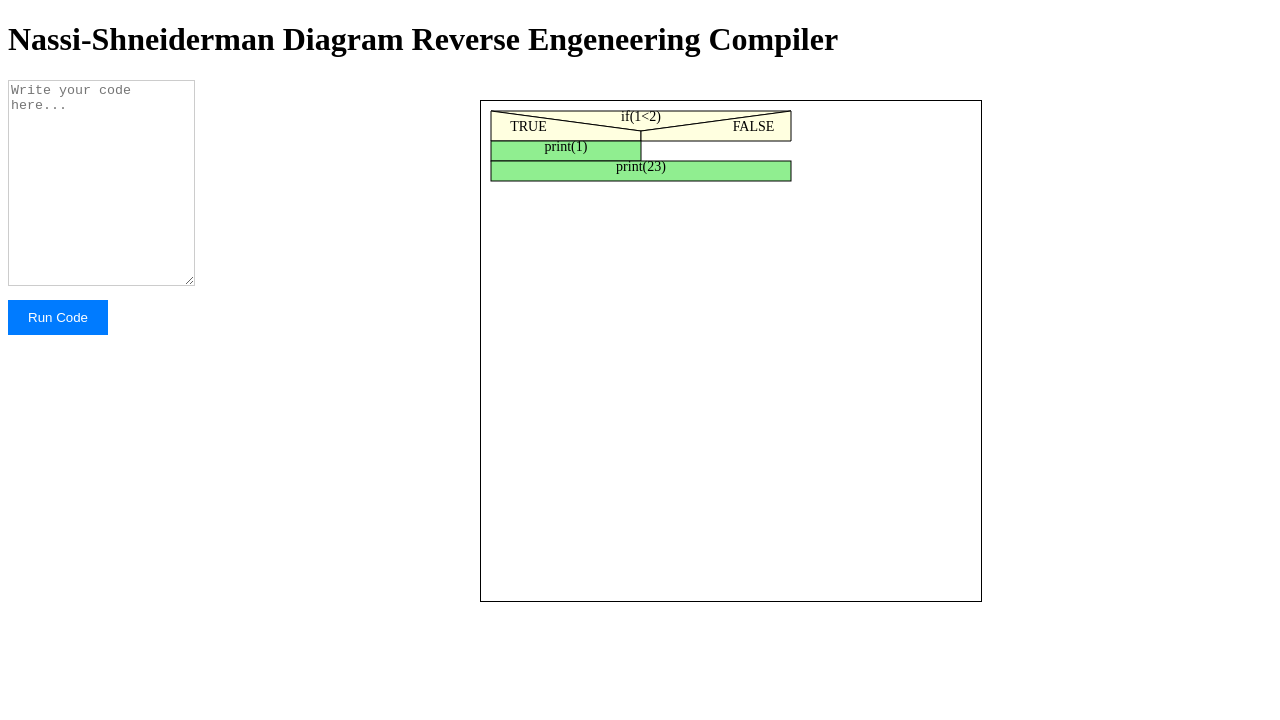
Repository: fabsch225/Nassi-Shneiderman-Compiler
Page: demo.html
These files come from the project's save history. The page is drawn as it stood at one moment and after the next save; the edit follows.
The browser window is 1280 px wide. The pictures show the whole page.

Above is the page before, as saved 2024-05-15 23:47:42.

### demo.html
<!DOCTYPE html>
<html lang="en">
<head>
<meta charset="UTF-8">
<meta name="viewport" content="width=device-width, initial-scale=1.0">
<title>Nassi-Shneiderman Diagram Sequence</title>
<script src="src/nassi_svg_api.js"></script>
<script src="src/compiler.js"></script>
<script src="src/converter.js"></script>
<style>
    svg {
        border: 1px solid black;
        margin: 20px auto;
        width: 500px;
        height: 500px;
    }
    #code-block {
        width: 100%;
        height: 200px;
        border: 1px solid #ccc;
        margin-bottom: 10px;
        resize: vertical;
    }

    #code-button {
        padding: 10px 20px;
        background-color: #007bff;
        color: #fff;
        border: none;
        cursor: pointer;
    }
    #container {
        display: flex;
        vertical-align: top; /* Align elements from the top */
    }
</style>
</head>
<body>
<h1>Nassi-Shneiderman Diagram Reverse Engeneering Compiler</h1>
<div id="container">
<div>
<textarea id="code-block" placeholder="Write your code here..."></textarea><br>
<button id="code-button" onclick="runCode()">Run Code</button>
</div>
<svg id="canvas" ></svg>
</div>
<script>
    var svgContainer = document.getElementById('canvas');


    //Manual creation of a Nassi-Shneiderman diagram
    /*svgContainer.innerHTML += createSequenceBlock(10, 10, 300, 50, "Start").svgAppendix;
    var block = createDecisionBlock(10, 60, 300, 100, "Was ist Schwerer", "1 Kg Federn", "1 Kg Gold");
    svgContainer.innerHTML += block.svgAppendix;
    var bounds1 = block.children[0];
    var bounds2 = block.children[1];
    var option1 = createSequenceBlock(bounds1.start_x, bounds1.start_y, bounds1.width, bounds1.height, "Das ist richtig");
    var option2 = createSequenceBlock(bounds2.start_x, bounds2.start_y, bounds2.width, bounds2.height, "Das ist richtig");
    svgContainer.innerHTML += option1.svgAppendix;
    svgContainer.innerHTML += option2.svgAppendix;*/

    // Example usage:
    const code = `
        if (1 < 2) {
            print(1)
        }
        print(23)
    `;
    var svg = convert(10, 10, 300, 50, lex_front(code));
    svgContainer.innerHTML += svg;
</script>
</body>
</html>

### src/nassi_svg_api.js
function createStartEndBlock(x, y, width, height) {
    var h = 20;
    var svgAppendix =  `<rect x="${x}" y="${y}" width="${width}" height="${h}" stroke="black" fill="lightblue" />
        <text x="${x + width / 2}" y="${y + height / 2}" font-size="14px" fill="black" text-anchor="middle">Start</text>`;
    svgAppendix +=  `<rect x="${x}" y="${y + height - h}" width="${width}" height="${h}" stroke="black" fill="lightblue" />
        <text x="${x + width / 2}" y="${y + height / 2}" font-size="14px" fill="black" text-anchor="middle">End</text>`;
    var child = {start_x: x, start_y: y + h, width: width, height: height - 2 * h};

    return {svgAppendix: svgAppendix, children: [child]};
}

function createSequenceBlock(x, y, width, height, content) {
    svgAppendix = `<rect x="${x}" y="${y}" width="${width}" height="${height}" stroke="black" fill="lightgreen" />
        <text x="${x + width / 2}" y="${y + height / 2}" font-size="14px" fill="black" text-anchor="middle">${content}</text>`;
    return {svgAppendix: svgAppendix, children: []};
}

function createDecisionBlock(x, y, width, height, question, answerA, answerB) {
    var h = 20;
    var h_extra = h / 2;
    svgAppendix = `<polygon points="${x},${y} ${x + width},${y} ${x + width / 2},${y + h}" stroke="black" fill="lightyellow" />
        <polygon points="${x},${y} ${x},${y + h + h_extra} ${x + width / 2},${y + h + h_extra} ${x + width / 2},${y + h}" stroke="black" fill="lightyellow" />
        <polygon points="${x + width},${y} ${x + width},${y + h + h_extra} ${x + width / 2},${y + h + h_extra} ${x + width / 2},${y + h}" stroke="black" fill="lightyellow" />
        <text x="${x + width / 2}" y="${y + h / 2}" font-size="14px" fill="black" text-anchor="middle">${question}</text>
        <text x="${x + 7 * width / 8}" y="${y + h}" font-size="14px" fill="black" text-anchor="middle">${answerB}</text>
        <text x="${x + width / 8}" y="${y + h}" font-size="14px" fill="black" text-anchor="middle">${answerA}</text>`;

    childA = {start_x: x, start_y: y + h + h_extra, width: width / 2, height: height - h - h_extra};
    childB = {start_x: x + width / 2, start_y: y + h + h_extra, width: width / 2, height: height - h - h_extra};

    return {svgAppendix: svgAppendix, children: [childA, childB]};
}

// TODO: function createSwitchCaseBlock
// more...

### src/compiler.js
const tokens = ['if']
const branchers = ['{', '}']
const brackets = ['(', ')']

//
// 0: function call
// 1: ifs
// 2: ifs and else

function is_token(s) {
    return tokens.includes(s)
}

function is_token_prefix(s) { //maybe not the correct def of prefix
    if (is_token(s)) {
        return false
    }
    for (let i = 0; i < tokens.length; i++) {
        if (tokens[i].startsWith(s)) {
            return true
        }
    }
    return false
}

function get_arguments(s, i) {
    if (s[i] !== brackets[0]) {
        console.log(s[i])
        throw new Error('Expected (')
    }
    let arguments = ''
    let next_char = ''
    i += 1
    while (next_char !== brackets[1]) {
        arguments += s[i]
        i++
        next_char = s[i]
    }
    return {args: arguments, index: i + 1}
}

function lex_front(s) {
    return lex_back(s.replace(/\s/g, ''));
}

function lex_back(s) {
    console.log("Compiling: " + s)
    let i = 0
    let current_token = ''
    let tokens = []
    while (i < s.length) {
        while (is_token_prefix(current_token)) {
            current_token += s[i]
            i++
        }
        if (is_token(current_token)) {
            if (current_token === 'if') {
                var type = 1
                var branches = []
                var arguments = []

                var current_arguments = get_arguments(s, i)
                i = current_arguments.index

                console.log(current_arguments.args)

                if (s[i] !== branchers[0]) {
                    console.log(s[i])
                    throw new Error('Expected {')
                }
                i += 1
                var branch = ''
                var next_char = ''
                while (next_char !== branchers[1]) {
                    if (i > s.length) {
                        throw new Error('Expected }')
                    }
                    branch += s[i]
                    i++
                    next_char = s[i]
                }
                i += 1
                branches.push(lex_back(branch))
                arguments.push(current_arguments.args)

                while (s.substring(i, i + 6) === 'elseif') {
                    i += 6
                    var current_arguments = get_arguments(s, i)
                    i = current_arguments.index
                    if (s[i] !== branchers[0]) {
                        throw new Error('Expected {')
                    }
                    i += 1
                    var branch = ''
                    var next_char = ''
                    while (next_char !== branchers[1]) {
                        if (i > s.length) {
                            throw new Error('Expected }')
                        }
                        branch += s[i]
                        i++
                        next_char = s[i]
                    }
                    i += 1

                    branches.push(lex_back(branch))
                    arguments.push(current_arguments.args)
                }
                if (s.substring(i, i + 4) === 'else') {
                    type = 2
                    i += 4
                    i += 1
                    var branch = ''
                    var next_char = ''
                    while (next_char !== branchers[1]) {
                        if (i > s.length) {
                            throw new Error('Expected }')
                        }
                        branch += s[i]
                        i++
                        next_char = s[i]
                    }
                    i += 1
                    branches.push(lex_back(branch))
                }

                tokens.push({
                    type: type,
                    name: current_token,
                    arguments: arguments,
                    branches: branches
                })
            }
        }
        else {
            while (s[i] != brackets[0]) {
                if (i > s.length) {
                    throw new Error('Expected (')
                }
                current_token += s[i]
                i++
            }
            var current_arguments = get_arguments(s, i)
            i = current_arguments.index
            tokens.push({
                type: 0,
                name: current_token,
                arguments: [current_arguments.args],
                branches: []
            })
        }
        current_token = ''
    }
    return tokens
}

### src/converter.js
function convert(x, y, width, height, tree) {
    console.log("Converting ", tree)
    let svgAppendix = ''
    //let h = height / tree.length
    let current_y = y
    for (let block of tree) {
        let h = getHeight(block)
        if (block.type == 0) { // sequential statement - function call
            svgAppendix += createSequenceBlock(x, current_y, width, h, block.name + '(' + block.arguments[0] + ')').svgAppendix
            current_y += h
        }
        else if (block.type == 1) { //ifs
            if (block.branches.length != 1) {
                throw new Error('Expected 1 branches, Nassi-Shneiderman diagrams only support single IF or one IF-ELSE statement')
            }
            var sub_block = createDecisionBlock(x, current_y, width, h, block.name + '(' + block.arguments[0] + ')', "TRUE", "FALSE");
            svgAppendix += sub_block.svgAppendix;
            var bounds1 = sub_block.children[0];
            svgAppendix += convert(bounds1.start_x, bounds1.start_y, bounds1.width, bounds1.height, block.branches[0]);
            current_y += h
        }
        else if (block.type == 2) { //ifs and else

        }
    }
    return svgAppendix
}

function getHeight(block) {
    const base_h = 20;
    if (block.type == 0) {
        return base_h
    }
    else {
        var heights = []
        console.log(block)
        for (let branch of block.branches) {
            let current_heigth = 0
            for (let sub_block of branch) {
                current_heigth += getHeight(sub_block)
            }
            heights.push(current_heigth)
        }
        return base_h * 3 / 2 + Math.max(...heights)
    }
}

After the next save:
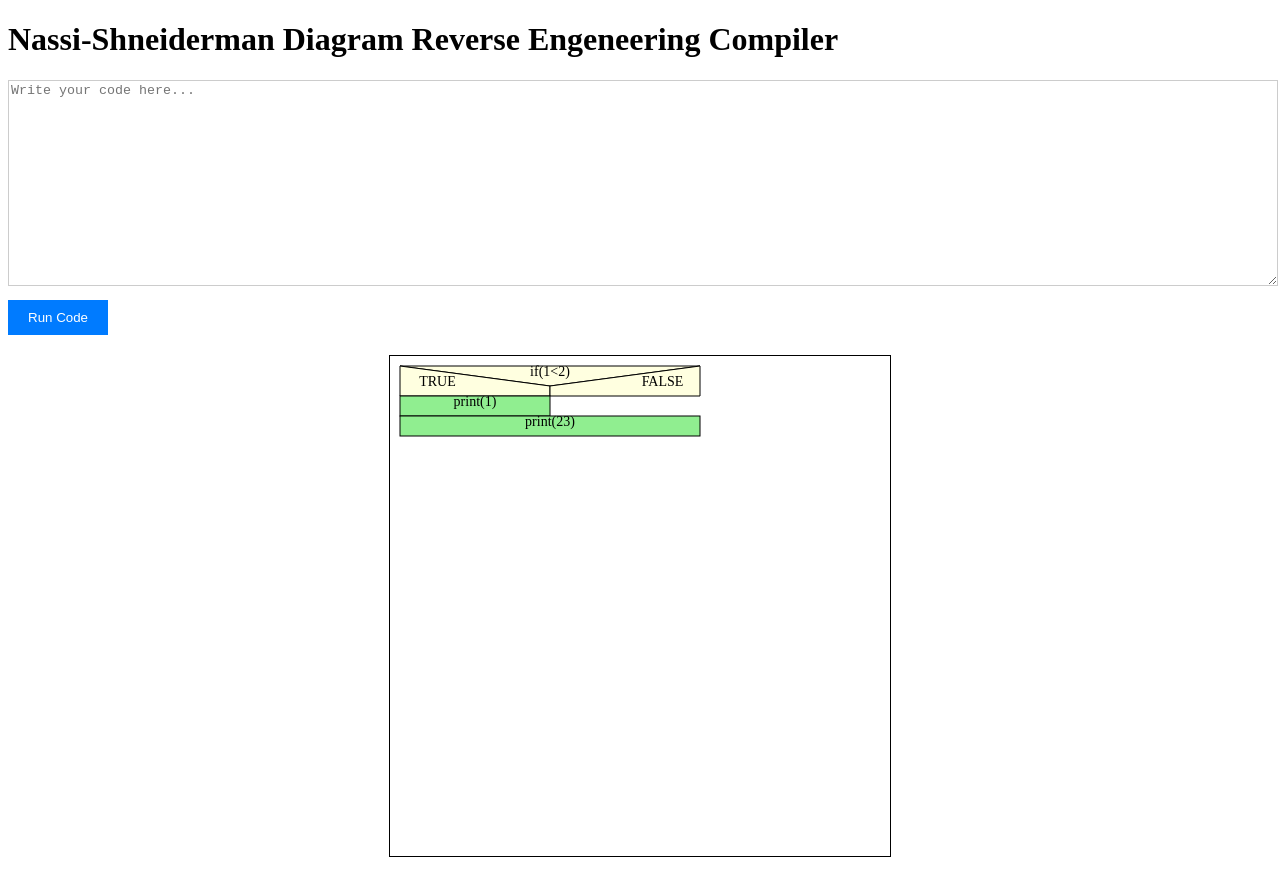
Saved 13 s later.
--- a/demo.html
+++ b/demo.html
@@ -31,7 +31,7 @@
     }
     #container {
         display: flex;
-        vertical-align: top; /* Align elements from the top */
+        flex-direction: column;
     }
 </style>
 </head>

After the save that followed:
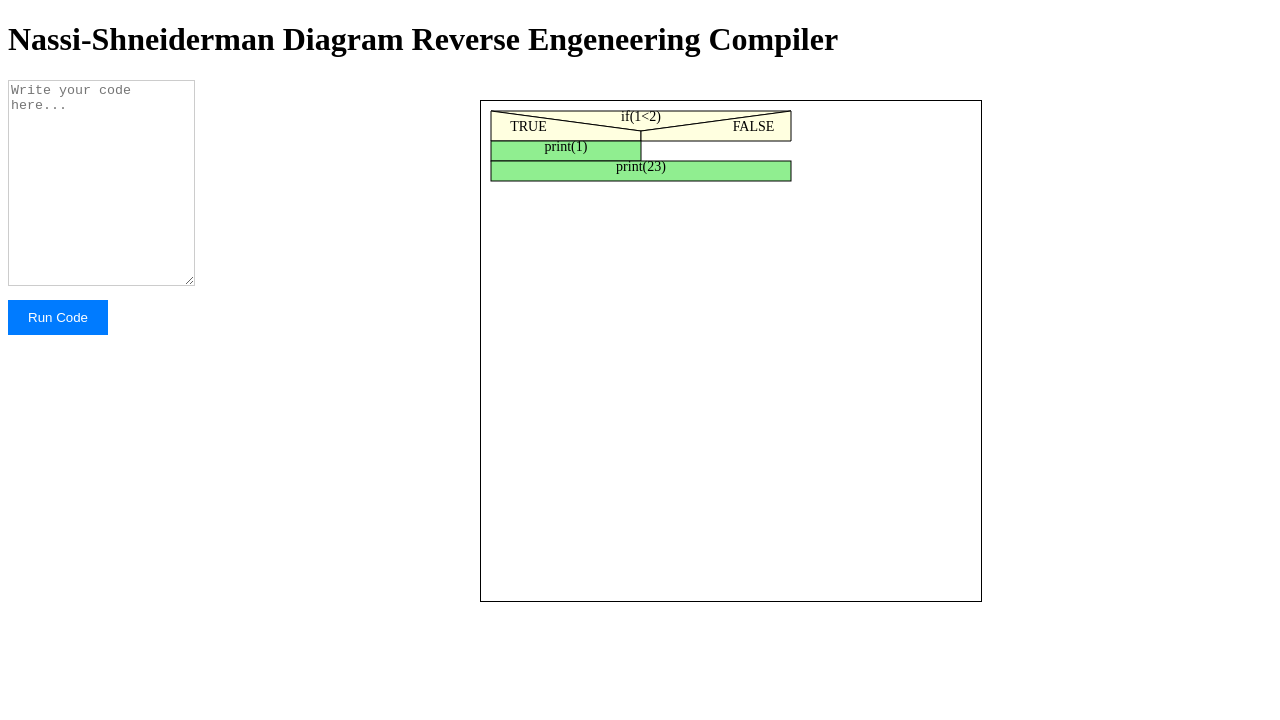
Saved 4 s later.
--- a/demo.html
+++ b/demo.html
@@ -31,7 +31,7 @@
     }
     #container {
         display: flex;
-        flex-direction: column;
+        flex-direction: row;
     }
 </style>
 </head>
